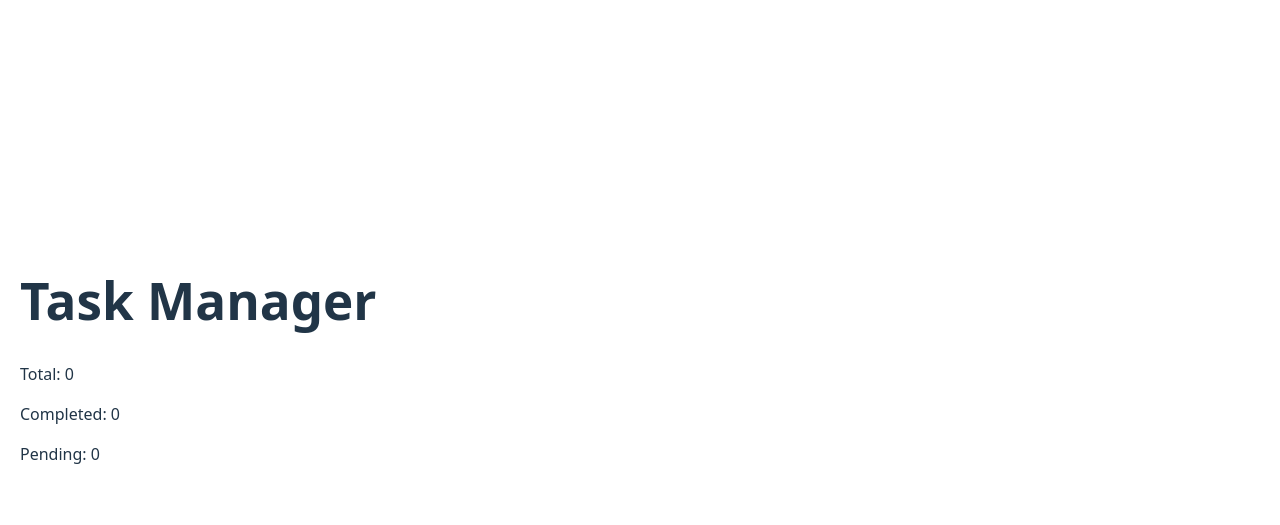
Repository: Meenakshi-commits/mern-task-manager
Page: / (app in client/)
An editor plug-in stored every save of this project. The page is shown before and after the next save, followed by the edit.
The browser window is 1280 px wide. The pictures show the whole page.
The page's requests for data from a server got no answer. The project was rebuilt for these pictures with package versions that can differ from the ones it lists, and the page was loaded fresh each time. No one was signed in, and anything a server would have sent is missing. Also part of the build but not shown: client/vite.config.js.

Above is the page before, as saved 2026-01-08 11:43:05.

### client/src/App.jsx
import { useEffect, useState } from "react";
import { getTasks, getTaskCount } from "./api";

function App() {
  const [tasks, setTasks] = useState([]);
  const [count, setCount] = useState({ total: 0, completed: 0, pending: 0 });

  useEffect(() => {
    fetchTasks();
    fetchCount();
  }, []);

  const fetchTasks = async () => {
    const res = await getTasks();
    setTasks(res.data);
  };

  const fetchCount = async () => {
    const res = await getTaskCount();
    setCount(res.data);
  };

  return (
    <div style={{ padding: "20px" }}>
      <h1>Task Manager</h1>

      <p>Total: {count.total}</p>
      <p>Completed: {count.completed}</p>
      <p>Pending: {count.pending}</p>

      <ul>
        {tasks.map((task) => (
          <li key={task._id}>
            {task.title} — {task.completed ? "✅" : "⏳"}
          </li>
        ))}
      </ul>
    </div>
  );
}

export default App;

### client/src/api.js
import axios from "axios";

const API_URL = "http://localhost:5000/api/tasks";

export const getTasks = () => axios.get(API_URL);
export const getTaskCount = () => axios.get(`${API_URL}/count`);

export const createTask = (task) => axios.post(API_URL, task);

Loaded but not shown: client/index.html (common file); client/src/main.jsx (common file); client/src/index.css (common file)

After the next save:
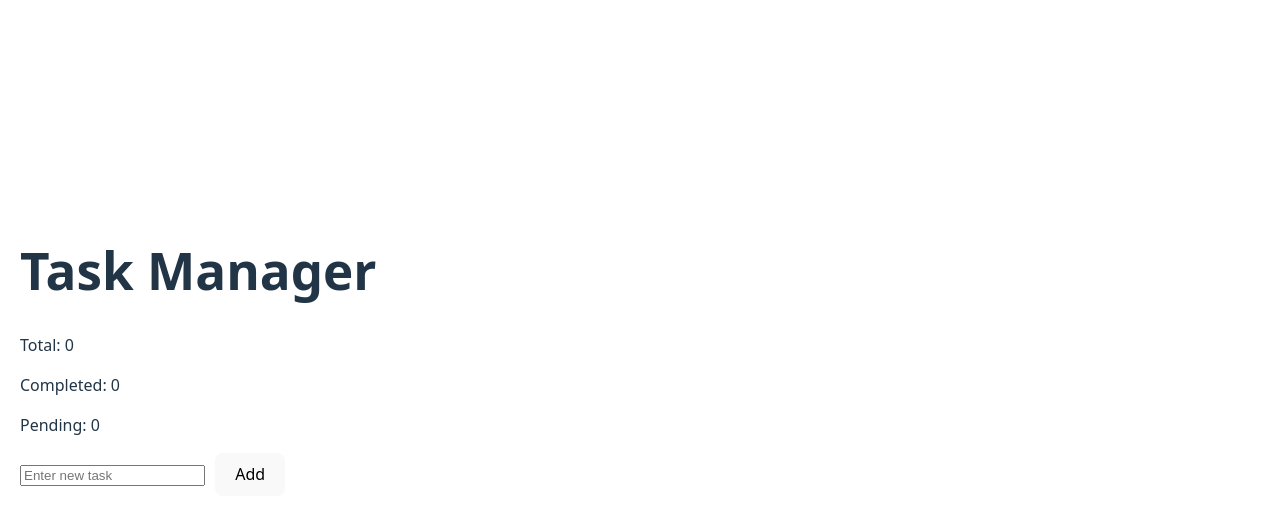
Saved 95 s later.
--- a/client/src/App.jsx
+++ b/client/src/App.jsx
@@ -1,37 +1,62 @@
 import { useEffect, useState } from "react";
-import { getTasks, getTaskCount } from "./api";
+import { getTasks, getTaskCount, createTask } from "./api";
 
 function App() {
   const [tasks, setTasks] = useState([]);
   const [count, setCount] = useState({ total: 0, completed: 0, pending: 0 });
+  const [title, setTitle] = useState("");
 
   useEffect(() => {
-    fetchTasks();
-    fetchCount();
+    fetchAll();
   }, []);
 
-  const fetchTasks = async () => {
-    const res = await getTasks();
-    setTasks(res.data);
+  const fetchAll = async () => {
+    const taskRes = await getTasks();
+    setTasks(taskRes.data);
+
+    const countRes = await getTaskCount();
+    setCount(countRes.data);
   };
 
-  const fetchCount = async () => {
-    const res = await getTaskCount();
-    setCount(res.data);
+  // ➕ Add task
+  const handleAddTask = async () => {
+    if (!title.trim()) {
+      alert("Please enter a task");
+      return;
+    }
+
+    await createTask({ title });
+    setTitle("");
+    fetchAll();
   };
 
   return (
-    <div style={{ padding: "20px" }}>
+    <div style={{ padding: "20px", maxWidth: "500px" }}>
       <h1>Task Manager</h1>
 
+      {/* Counts */}
       <p>Total: {count.total}</p>
       <p>Completed: {count.completed}</p>
       <p>Pending: {count.pending}</p>
 
+      {/* Add Task */}
+      <div style={{ margin: "15px 0" }}>
+        <input
+          type="text"
+          placeholder="Enter new task"
+          value={title}
+          onChange={(e) => setTitle(e.target.value)}
+        />
+        <button onClick={handleAddTask} style={{ marginLeft: "10px" }}>
+          Add
+        </button>
+      </div>
+
+      {/* Task List */}
       <ul>
         {tasks.map((task) => (
           <li key={task._id}>
-            {task.title} — {task.completed ? "✅" : "⏳"}
+            {task.title} {task.completed ? "✅" : "⏳"}
           </li>
         ))}
       </ul>
